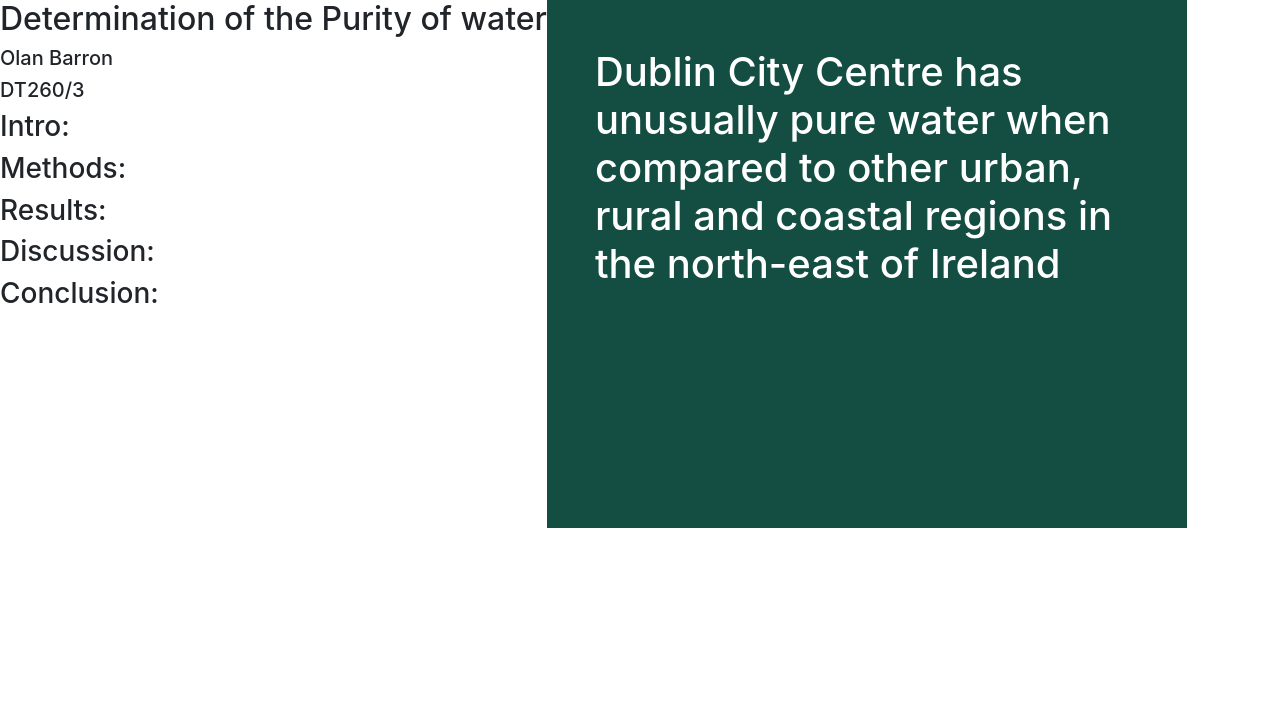
Repository: Olan1/project_poster
Page: index.html
The author's editor kept a record of every edit. The page is drawn from the files as they stood at one moment, then again after the next edit.
The browser window is 1280 px wide. The pictures show the whole page.

Above is the page before.

### index.html
<!DOCTYPE html>
<html lang="en">

<head>
    <meta charset="UTF-8">
    <meta name="viewport" content="width=device-width, initial-scale=1.0">
    <meta http-equiv="X-UA-Compatible" content="ie=edge">

    <!-- Bootstrap -->
    <link rel="stylesheet" href="https://stackpath.bootstrapcdn.com/bootstrap/4.4.1/css/bootstrap.min.css" integrity="sha384-Vkoo8x4CGsO3+Hhxv8T/Q5PaXtkKtu6ug5TOeNV6gBiFeWPGFN9MuhOf23Q9Ifjh" crossorigin="anonymous">

    <!-- Local CSS -->
    <link rel="stylesheet" href="static/style.css" type="text/css" />

    <title>Purity of Water</title>
</head>

<body>
    <div class="container-fluid">
        <div class="row">
            <div class="col-m-3">
                <h2>Determination of the Purity of water</h2>
                <h5>Olan Barron</h5>
                <h5>DT260/3</h5>

                <h3>Intro:</h3>
                <h3>Methods:</h3>
                <h3>Results:</h3>
                <h3>Discussion:</h3>
                <h3>Conclusion:</h3>
            </div>
            <div class="col-md-6 bg-green p-0">
                <h1 class="white-text center-text center-align m-5">Dublin City Centre has unusually pure water when compared to other urban, rural and coastal regions in the north-east of Ireland</h1>
            </div>
            <div class="col-md-3">

            </div>
        </div>
    </div>


    <script src="https://cdnjs.cloudflare.com/ajax/libs/jquery/3.5.0/jquery.min.js"></script>
    <script src="https://cdn.jsdelivr.net/npm/popper.js@1.16.0/dist/umd/popper.min.js" integrity="sha384-Q6E9RHvbIyZFJoft+2mJbHaEWldlvI9IOYy5n3zV9zzTtmI3UksdQRVvoxMfooAo" crossorigin="anonymous"></script>
    <script src="https://stackpath.bootstrapcdn.com/bootstrap/4.4.1/js/bootstrap.min.js" integrity="sha384-wfSDF2E50Y2D1uUdj0O3uMBJnjuUD4Ih7YwaYd1iqfktj0Uod8GCExl3Og8ifwB6" crossorigin="anonymous"></script>
</body>

</html>

### assets/css/style.css
body,
.container-fluid,
.row {
    height: 100vh;
}

.bg-green {
    background-color: #144D41;
}

.white-text {
    color: #ffffff;
}

.justify {
    text-align: justify;
}

After the next edit:
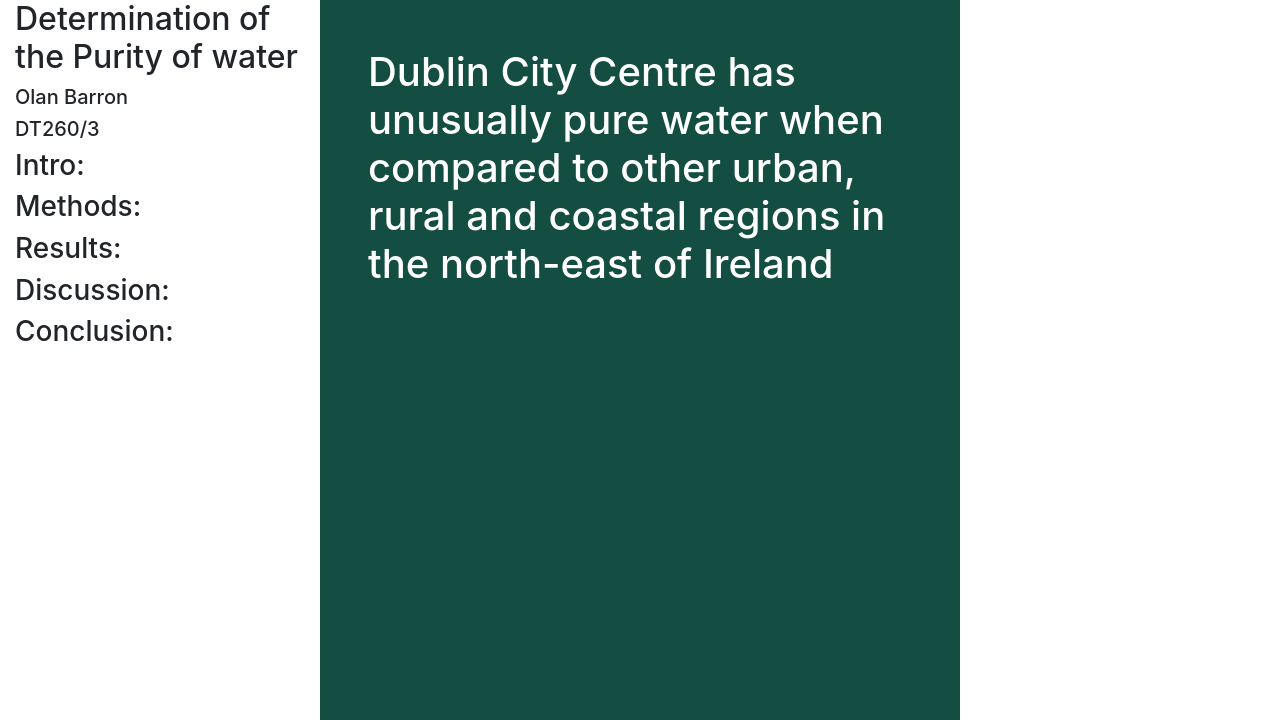
The edit:
--- a/index.html
+++ b/index.html
@@ -18,7 +18,7 @@
 <body>
     <div class="container-fluid">
         <div class="row">
-            <div class="col-m-3">
+            <div class="col-xs-12 col-md-3">
                 <h2>Determination of the Purity of water</h2>
                 <h5>Olan Barron</h5>
                 <h5>DT260/3</h5>
